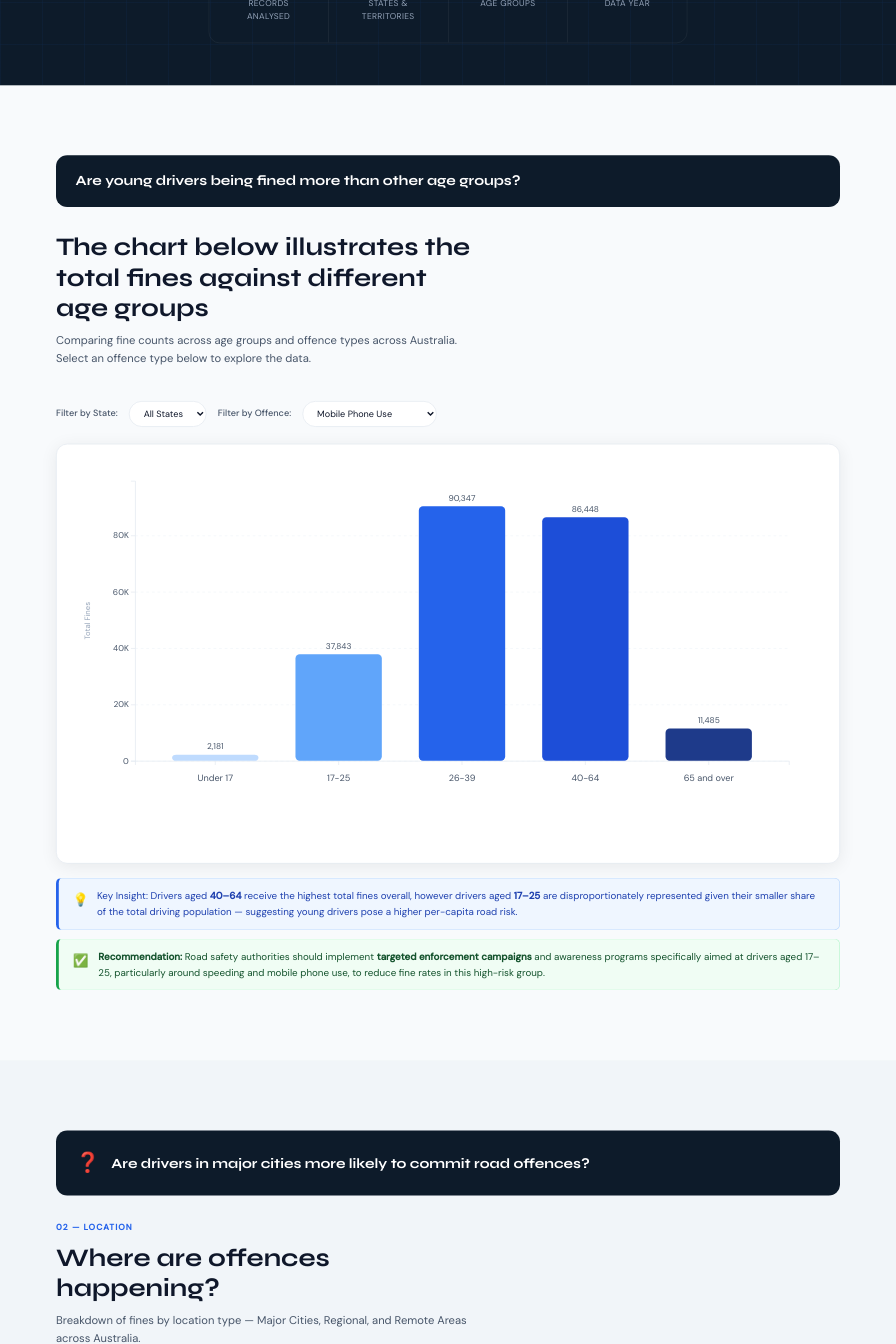
Repository: j26046183-hue/COS30045-GROUP-ASSIGNMENT
Page: index.html
An editor plug-in stored every save of this project. The page is shown before and after the next save, followed by the edit.
The browser window is 1280 px wide. The pictures show the part of the page from y = 777 to 2697 px (the page is 6711 px tall before and 6718 px after), at 70% of full size.

Above is the page before, as saved 2026-06-04 22:30:27.

After the next save:
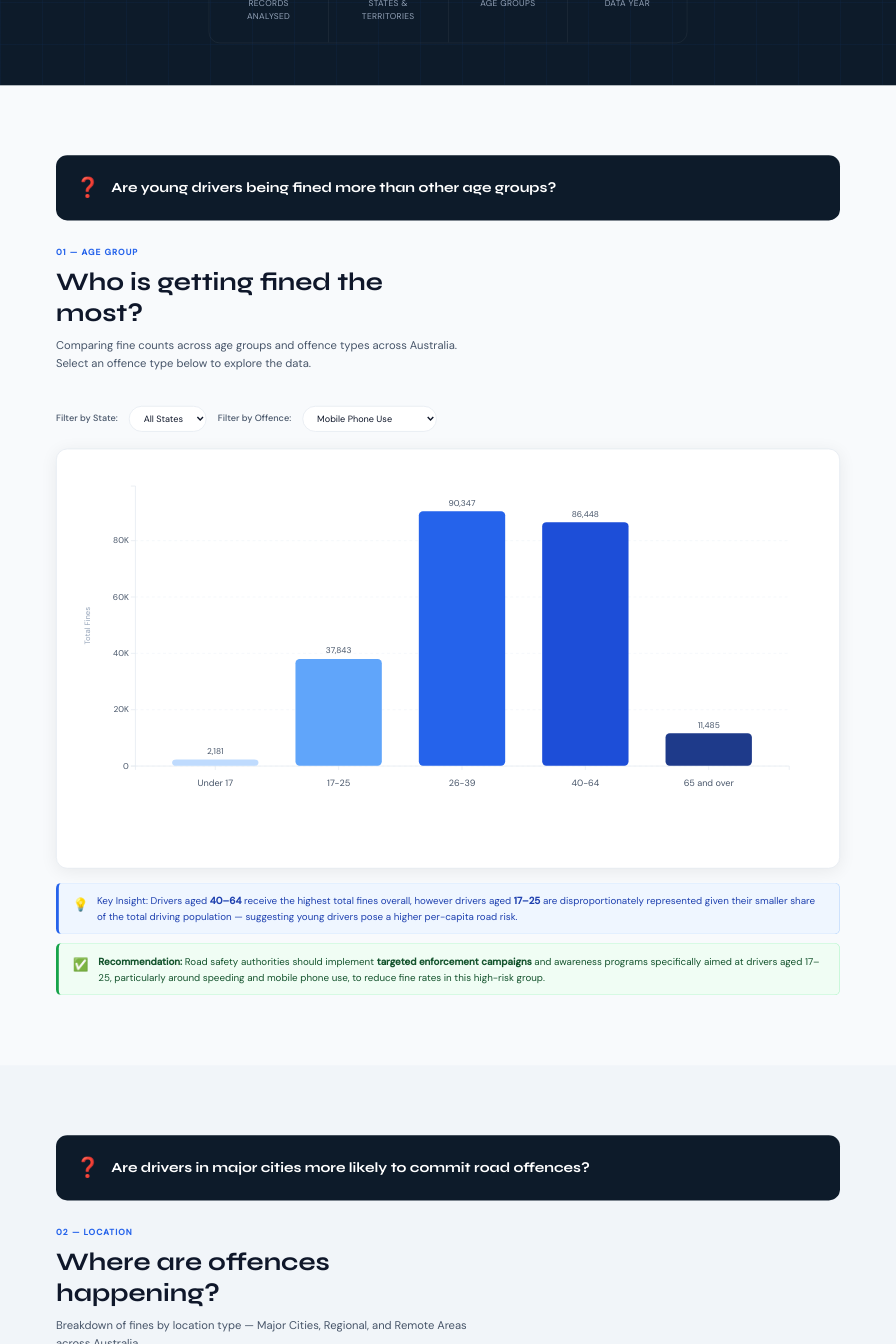
Saved 13 min 33 s later.
--- a/index.html
+++ b/index.html
@@ -59,11 +59,13 @@
 
         <!-- Story Question -->
         <div class="story-question">
+            <span class="question-icon">❓</span>
             <h3>Are young drivers being fined more than other age groups?</h3>
         </div>
 
         <div class="section-header">
-            <h2>The chart below illustrates the total fines against different age groups</h2>
+            <div class="section-tag">01 — Age Group</div>
+            <h2>Who is getting fined the most?</h2>
             <p>Comparing fine counts across age groups and offence types across Australia. Select an offence type below to explore the data.</p>
         </div>
 
